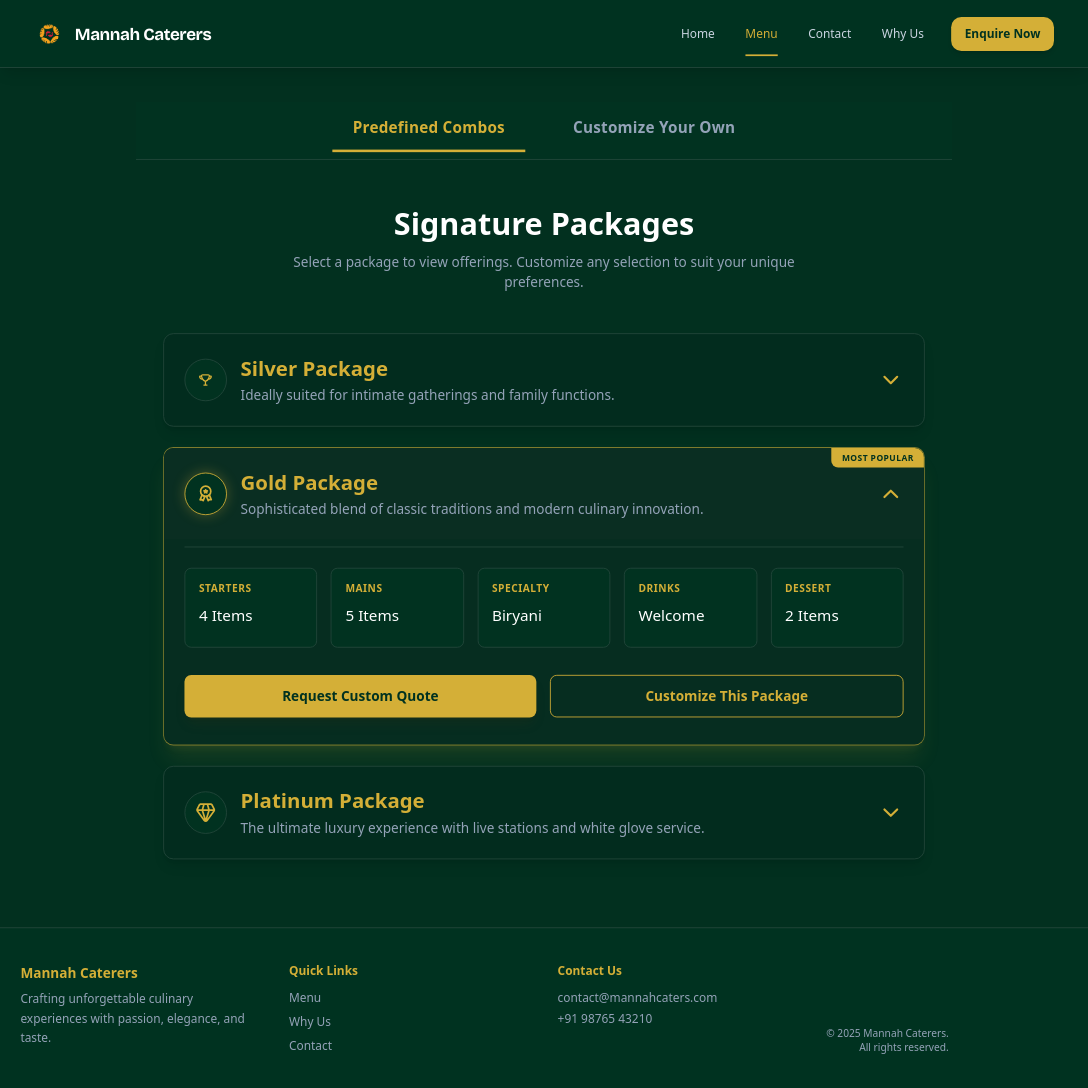
Repository: B-U-G-Freelancers/mannah_caterers
Page: /menu
The author's editor kept a copy of each file at every save. The page is drawn from the files as they stood at one save, then again after a run of saves.
The browser window is 1280 px wide. The pictures show the whole page, at 85% of full size.
The project was rebuilt for these pictures with package versions that can differ from the ones it lists, and the page was loaded fresh each time. Some packages were replaced by stand-ins written for this rebuild. Also part of the build but not shown: vite.config.js, src/pages/Home.jsx, src/components/MenuItem.jsx, src/components/CartSideBar.jsx, src/components/CustomizeView.jsx, src/components/Toast.jsx, src/pages/Contact.jsx, src/pages/WhyUs.jsx and 3 more.

Above is the page before, as saved 2025-12-22 19:08:25.

After the next 2 saves:
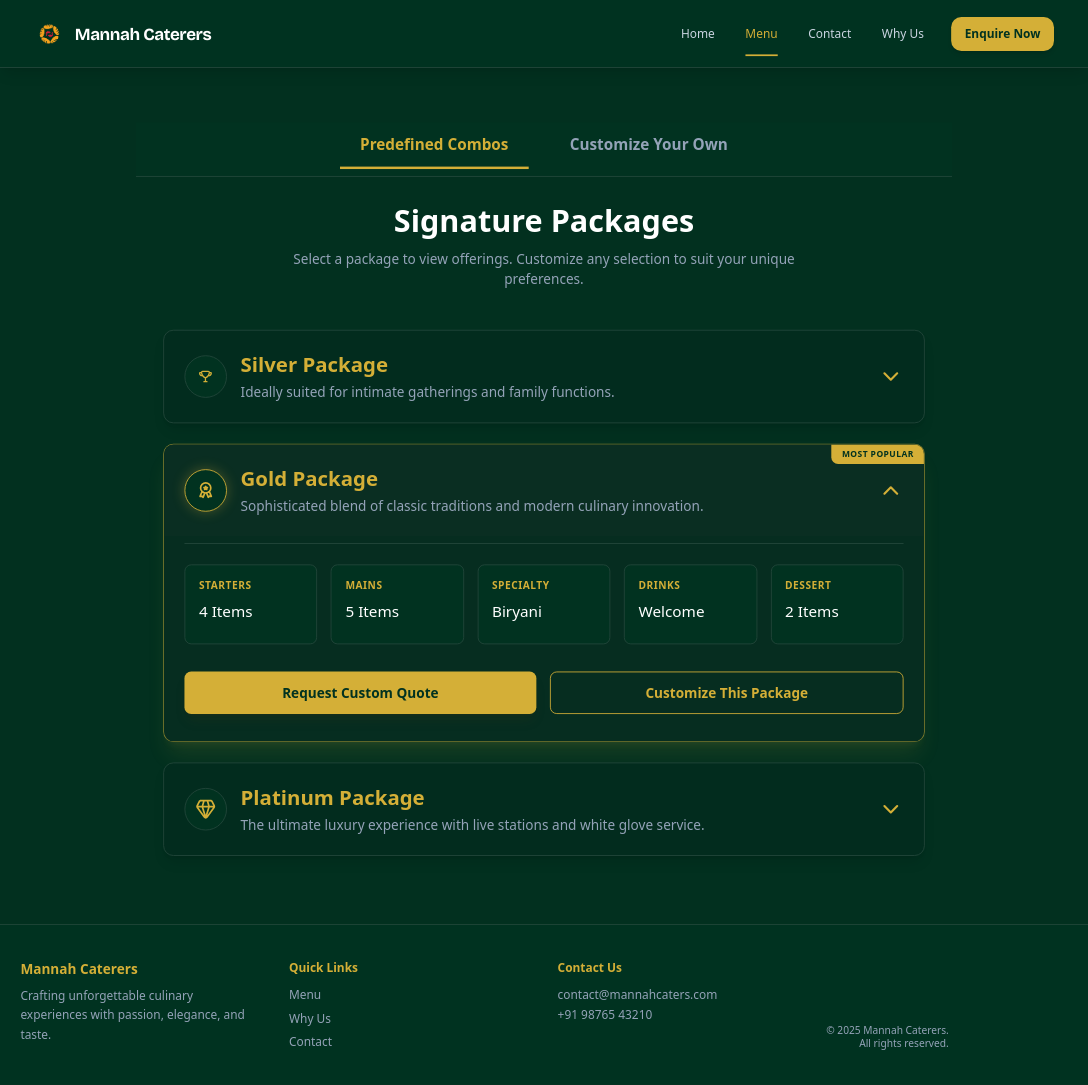
The 2 saves are shown as one change because they came seconds apart.
The last was saved 4 s later.
--- a/src/pages/Menu.jsx
+++ b/src/pages/Menu.jsx
@@ -12,7 +12,7 @@
 const tabVariants = {
   initial: (direction) => ({
     opacity: 0,
-    y: direction === "customize" ? 16 : -16,
+    y: direction === "customize" ? 12 : -12,
   }),
   animate: {
     opacity: 1,
@@ -24,7 +24,7 @@
   },
   exit: (direction) => ({
     opacity: 0,
-    y: direction === "customize" ? -16 : 16,
+    y: direction === "customize" ? -12 : 12,
     transition: {
       duration: 0.2,
       ease: [0.4, 0, 0.2, 1],
@@ -32,18 +32,15 @@
   }),
 };
 
+const SWIPE_THRESHOLD = 80;
+
 const Menu = () => {
   const location = useLocation();
 
   const [activeTab, setActiveTab] = useState("combos");
   const [direction, setDirection] = useState("customize");
 
-  const {
-    cart,
-    toggleCartItem,
-    guestCount,
-    setGuestCount,
-  } = useCart();
+  const { cart, toggleCartItem, guestCount, setGuestCount } = useCart();
 
   /* ----------------------------------
      Handle router-triggered tab switch
@@ -55,28 +52,67 @@
     }
   }, [location.state]);
 
+  /* ----------------------------------
+     Swipe Handler
+  ----------------------------------- */
+  const handleDragEnd = (_, info) => {
+    const offsetX = info.offset.x;
+
+    // Swipe Left → Customize
+    if (offsetX < -SWIPE_THRESHOLD && activeTab === "combos") {
+      setDirection("customize");
+      setActiveTab("customize");
+    }
+
+    // Swipe Right → Combos
+    if (offsetX > SWIPE_THRESHOLD && activeTab === "customize") {
+      setDirection("combos");
+      setActiveTab("combos");
+    }
+  };
+
   return (
-    <div className="min-h-screen flex flex-col bg-[#02301f]">
-      <main className="flex-1 flex flex-col items-center pb-20 px-4 sm:px-10 lg:px-40 pt-10">
-        <div className="w-full max-w-[1200px] flex flex-col gap-8">
-
+    <div className="min-h-screen flex flex-col bg-[#02301f] overflow-x-hidden">
+      <main className="flex-1 flex flex-col items-center pb-20 px-4 sm:px-10 lg:px-40 pt-6 sm:pt-10">
+        <div className="w-full max-w-300 flex flex-col gap-6 sm:gap-8">
           {/* ---------------- Tabs ---------------- */}
-          <div className="sticky top-[64px] z-40 bg-[#013220] pt-4 pb-2 border-b border-[#24473b]">
-            <div className="flex justify-center gap-8">
-
+          <div
+            className="
+              sticky top-14 sm:top-[64px]
+              z-40 bg-[#013220]
+              pt-3 pb-2
+              border-b border-[#24473b]
+            "
+          >
+            <div
+              className="
+                flex gap-6
+                justify-start sm:justify-center
+                overflow-x-auto scrollbar-hide
+                px-2
+              "
+            >
               {/* Combos Tab */}
               <button
                 onClick={() => {
                   setDirection("combos");
                   setActiveTab("combos");
                 }}
-                className={`flex flex-col items-center border-b-[3px] pb-3 px-6 transition-all ${
-                  activeTab === "combos"
-                    ? "border-[#d4af37] text-[#d4af37]"
-                    : "border-transparent text-[#94a3b8] hover:text-white"
-                }`}
+                className={`
+                  flex-shrink-0
+                  flex flex-col items-center
+                  border-b-[3px]
+                  pb-2 sm:pb-3
+                  px-4 sm:px-6
+                  transition-all
+                  ${
+                    activeTab === "combos"
+                      ? "border-[#d4af37] text-[#d4af37]"
+                      : "border-transparent text-[#94a3b8] hover:text-white"
+                  }
+                `}
               >
-                <span className="text-lg font-bold tracking-[0.015em]">
+                <span className="text-sm sm:text-lg font-bold">
                   Predefined Combos
                 </span>
               </button>
@@ -87,22 +123,29 @@
                   setDirection("customize");
                   setActiveTab("customize");
                 }}
-                className={`flex flex-col items-center border-b-[3px] pb-3 px-6 transition-all ${
-                  activeTab === "customize"
-                    ? "border-[#d4af37] text-[#d4af37]"
-                    : "border-transparent text-[#94a3b8] hover:text-white"
-                }`}
+                className={`
+                  flex-shrink-0
+                  flex flex-col items-center
+                  border-b-[3px]
+                  pb-2 sm:pb-3
+                  px-4 sm:px-6
+                  transition-all
+                  ${
+                    activeTab === "customize"
+                      ? "border-[#d4af37] text-[#d4af37]"
+                      : "border-transparent text-[#94a3b8] hover:text-white"
+                  }
+                `}
               >
-                <span className="text-lg font-bold tracking-[0.015em]">
+                <span className="text-sm sm:text-lg font-bold">
                   Customize Your Own
                 </span>
               </button>
-
             </div>
           </div>
 
-          {/* ---------------- Animated Content ---------------- */}
-          <div className="w-full">
+          {/* ---------------- Swipe + Animated Content ---------------- */}
+          <div className="w-full touch-pan-y">
             <AnimatePresence mode="wait" initial={false}>
               <motion.div
                 key={activeTab}
@@ -111,6 +154,10 @@
                 initial="initial"
                 animate="animate"
                 exit="exit"
+                drag="x"
+                dragConstraints={{ left: 0, right: 0 }}
+                dragElastic={0.15}
+                onDragEnd={handleDragEnd}
                 className="w-full"
               >
                 {activeTab === "combos" ? (
@@ -131,7 +178,6 @@
               </motion.div>
             </AnimatePresence>
           </div>
-
         </div>
       </main>
     </div>
